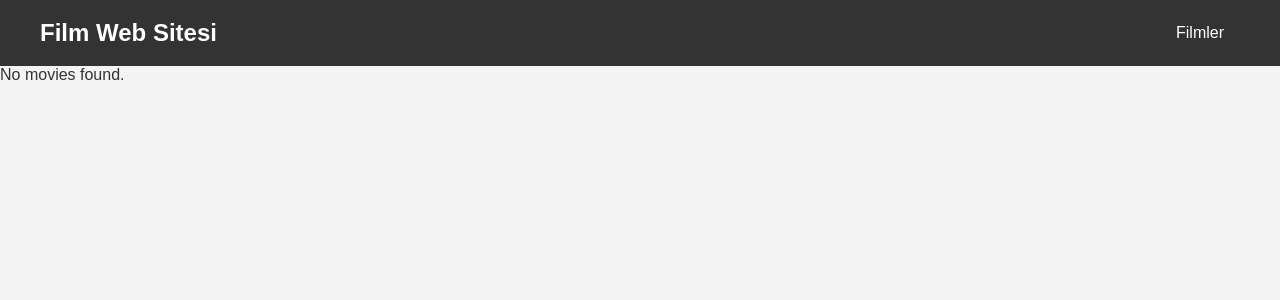
Repository: Zulfiyya077/InternIntelligence_MovieWebsite
Page: /
The author's editor kept a copy of each file at every save. The page is drawn from the files as they stood at one save, then again after the next save.
The browser window is 1280 px wide. The pictures show the whole page.
The page's requests for data from a server got no answer. The project was rebuilt for these pictures with package versions that can differ from the ones it lists, and the page was loaded fresh each time. No one was signed in, and anything a server would have sent is missing. Also part of the build but not shown: vite.config.js, src/components/MovieCard.module.css, src/components/MovieCard.jsx, src/pages/Home.module.css, src/pages/Movies.jsx.

Above is the page before, as saved 2025-02-23 12:30:58.

### src/App.jsx
import React from 'react';
import { BrowserRouter as Router, Routes, Route } from 'react-router-dom';
import Header from './components/Header';
import Home from './pages/Home';
import Movies from './pages/Movies'; // Import the Movies component
import './styles/global.css';

const App = () => {
    return (
        <Router>
            <Header />
            <Routes>
                <Route path="/" element={<Home />} />
                <Route path="/movies" element={<Movies />} /> {/* Add this line */}
            </Routes>
        </Router>
    );
};

export default App;

### src/components/Header.jsx
import React from 'react';
import { Link } from 'react-router-dom';
import styles from './Header.module.css';

const Header = () => {
    return (
        <header className={styles.header}>
            <div className={styles.container}>
                <Link to="/" className={styles.logo}>Film Web Sitesi</Link>
                <nav className={styles.nav}>
                    <Link to="/movies" className={styles.navLink}>Filmler</Link> {/* Correct link */}
                    {/* Other links can be added here */}
                </nav>
            </div>
        </header>
    );
};

export default Header;

### src/pages/Home.jsx
import React, { useState, useEffect } from 'react';
import { getPopularMovies } from '../services/movieService';
import MovieCard from '../components/MovieCard';
import styles from './Home.module.css';

const Home = () => {
    const [movies, setMovies] = useState([]);
    const [loading, setLoading] = useState(true);
    const [error, setError] = useState(null); // For storing potential errors

    useEffect(() => {
        const fetchMovies = async () => {
            try {
                const { data } = await getPopularMovies();
                setMovies(data.results || []); // Handle cases where data.results might be undefined
            } catch (err) {
                console.error("Error fetching movies:", err);
                setError(err); // Set the error state
                setMovies([]); // Or handle it differently
            } finally {
                setLoading(false);
            }
        };

        fetchMovies();
    }, []);

    if (loading) {
        return <div>Loading movies...</div>;
    }

    if (error) {
        return <div>Error: {error.message}</div>; // Display error message
    }

    if (!movies || movies.length === 0) {
        return <div>No movies found.</div>;
    }

    return (
        <div className={styles.home}>
            <h2>Popüler Filmler</h2>
            <div className={styles.movieList}>
                {movies.map((movie) => (
                    <MovieCard key={movie.id} movie={movie} />
                ))}
            </div>
        </div>
    );
};

export default Home;

### src/components/styles/global.css
/* Genel stiller buraya gelecek */
body {
    font-family: sans-serif;
    margin: 0;
    padding: 0;
    background-color: #f4f4f4; /* Arka plan rengi */
    color: #333; /* Metin rengi */
}

a {
    text-decoration: none;
    color: #007bff; /* Link rengi */
}

### src/components/Header.module.css
.header {
    background-color: #333;
    color: #fff;
    padding: 1rem 0;
}

.container {
    display: flex;
    justify-content: space-between;
    align-items: center;
    max-width: 1200px;
    margin: 0 auto;
    padding: 0 20px;
}

.logo {
    font-size: 1.5rem;
    font-weight: bold;
    color: #fff;
}

.nav {
    display: flex;
}

.navLink {
    color: #fff;
    margin-left: 20px;
    padding: 0.5rem 1rem;
    border-radius: 5px;
    transition: background-color 0.3s ease;
}

.navLink:hover {
    background-color: rgba(255, 255, 255, 0.1);
}

### src/services/MovieService.jsx
import axios from 'axios';

const API_KEY = import.meta.env.VITE_TMDB_API_KEY; // .env dosyasından al
const BASE_URL = 'https://api.themoviedb.org/3';

export const getPopularMovies = async () => {
    try {
        const response = await axios.get(`${BASE_URL}/movie/popular?api_key=${API_KEY}&language=tr-TR`);
        return response;
    } catch (error) {
        console.error("Error fetching popular movies:", error);
        return { data: { results: [] } };
    }
};

Loaded but not shown: index.html (common file); src/main.jsx (common file); src/index.css (common file)

After the next save:
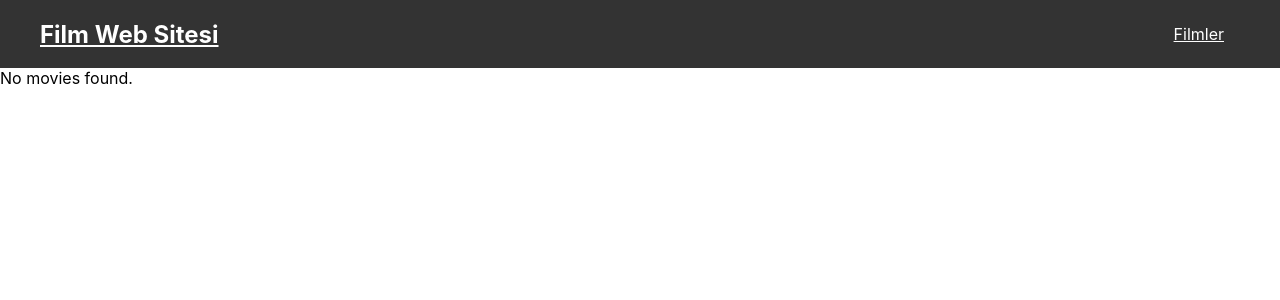
Saved 44 s later.
--- a/src/App.jsx
+++ b/src/App.jsx
@@ -3,7 +3,7 @@
 import Header from './components/Header';
 import Home from './pages/Home';
 import Movies from './pages/Movies'; // Import the Movies component
-import './styles/global.css';
+
 
 const App = () => {
     return (
